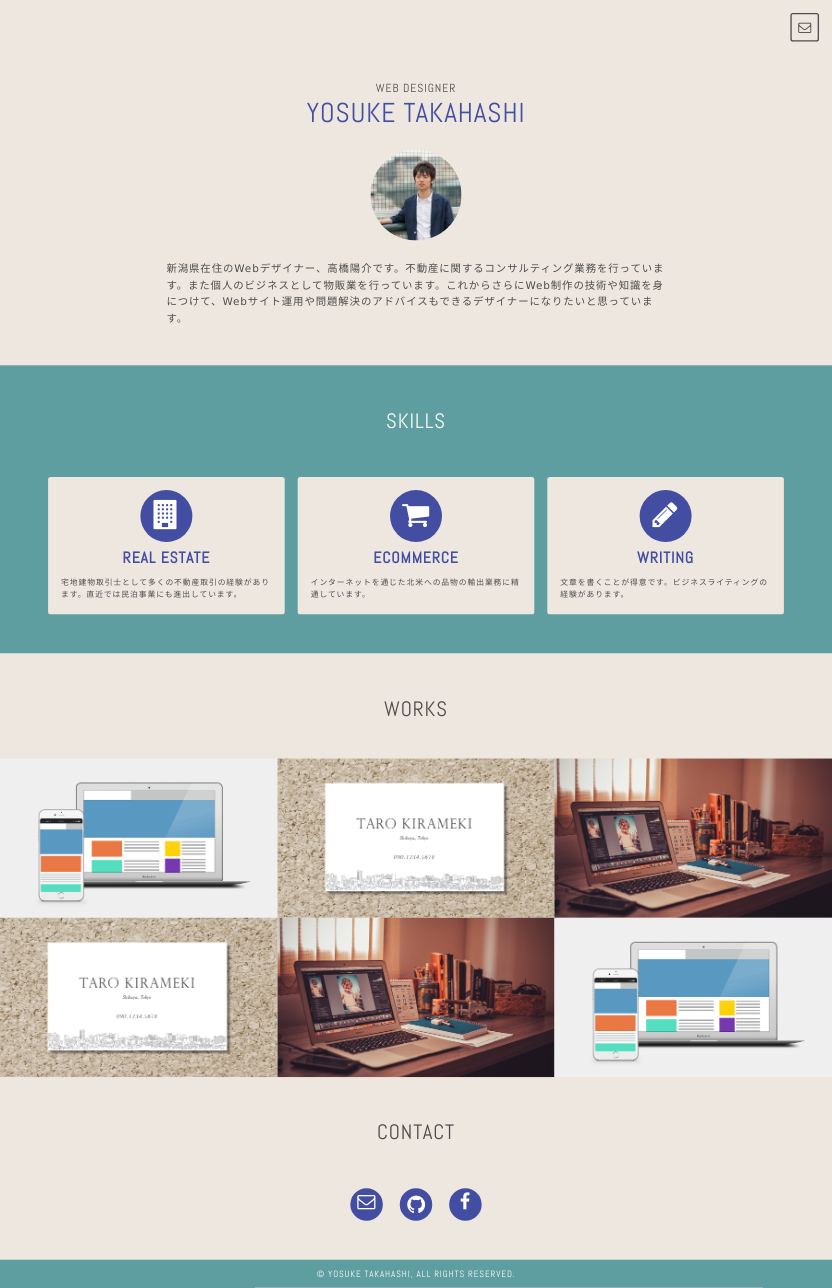
Repository: ysktkhs/responsive-site
Page: environment/portfolio/index.html
The author's editor kept a record of every edit. The page is drawn from the files as they stood at one moment, then again after the next edit.
The browser window is 1280 px wide. The pictures show the whole page, at 65% of full size.
Some web libraries are served in a nearby version.

Above is the page before.

### environment/portfolio/index.html
<!DOCTYPE html>
<html lang="ja">

<head>
    <meta charset="utf-8">
    <title>Web Designer - Yosuke Takahashi</title>
    <meta name="description" content="Webデザイナー 高橋陽介のポートフォリオサイトです。東京を中心に活動しています。">
    <meta name="keywords" content="Web, デザイン, デザイナー, ポートフォリオ, Web制作">
    <link rel="stylesheet" href="https://cdnjs.cloudflare.com/ajax/libs/meyer-reset/2.0/reset.css">
    <link rel="stylesheet" href="./css/style.css">
    <link rel="stylesheet" href="https://maxcdn.bootstrapcdn.com/font-awesome/4.7.0/css/font-awesome.min.css">
</head>

<body>
    <header>
        <a href="#contact" class="button-contact"><i class="fa fa-envelope-o" aria-label="お問い合わせ"></i></a>
        <div class="profile">
            <h1 class="site-title abel uppercase text-center">Web Designer <span>Yosuke Takahashi</span></h1>
            <img src="./images/img_profile.jpg" alt="プロフィール写真" width="140" height="140" class="block-center profile-icon">

            <p>新潟県在住のWebデザイナー、高橋陽介です。不動産に関するコンサルティング業務を行っています。また個人のビジネスとして物販業を行っています。これからさらにWeb制作の技術や知識を身につけて、Webサイト運用や問題解決のアドバイスもできるデザイナーになりたいと思っています。</p>
        </div>
    </header>
    <main>
        <section id="skills">
            <h2 class="text-center">Skills</h2>
            <div class="container">
                <div class="skill-box">
                    <i aria-hidden="true" class="skill-icon fa fa-building"></i>
                    <h3 class="text-center">Real Estate</h3>
                    <p>宅地建物取引士として多くの不動産取引の経験があります。直近では民泊事業にも進出しています。</p>
                </div>
                <div class="skill-box">
                    <i aria-hidden="true" class="skill-icon fa fa-shopping-cart"></i>
                    <h3 class="text-center">Ecommerce</h3>
                    <p>インターネットを通じた北米への品物の輸出業務に精通しています。</p>
                </div>
                <div class="skill-box">
                    <i aria-hidden="true" class="skill-icon fa fa-pencil"></i>
                    <h3 class="text-center">Writing</h3>
                    <p>文章を書くことが得意です。ビジネスライティングの経験があります。</p>
                </div>

            </div>
        </section>
        <section id="works">
            <h2 class="text-center">Works</h2>
            <div class="works-box">
                <a href="#">
                <img src="./images/img_work_site.png" alt="株式会社きらめき コーポレートサイト様 Webサイトデザイン">
                <div class="works-box-inner">
                    <div class="text-center">
                        <h3>株式会社きらめき コーポレートサイト</h3>
                        <small>2016.04.20</small>
                        <span class="button-readmore">Read More</span>
                    </div>
                </div>
            </a>
            </div>
            <div class="works-box">
                <a href="#">
                <img src="./images/img_work_card.jpg" alt="きらめき太郎様 名刺デザイン">
                <div class="works-box-inner">
                    <div class="text-center">
                        <h3>きらめき太郎様 名刺</h3>
                        <small>2016.04.20</small>
                        <span class="button-readmore">Read More</span>
                    </div>
                </div>
            </a>
            </div>
            <div class="works-box">
                <a href="#">
                <img src="./images/img_work_blog.jpg" alt="WordPressオリジナルテーマ">
                <div class="works-box-inner">
                    <div class="text-center">
                        <h3>ブログデザイン</h3>
                        <small>2016.04.20</small>
                        <span class="button-readmore">Read More</span>
                    </div>
                </div>
            </a>
            </div>
            <div class="works-box">
                <a href="#">
                <img src="./images/img_work_card.jpg" alt="きらめき太郎様 名刺デザイン">
                <div class="works-box-inner">
                    <div class="text-center">
                        <h3>きらめき太郎様 名刺</h3>
                        <small>2016.04.20</small>
                        <span class="button-readmore">Read More</span>
                    </div>
                </div>
            </a>
            </div>
            <div class="works-box">
                <a href="#">
                <img src="./images/img_work_blog.jpg" alt="WordPressオリジナルテーマ">
                <div class="works-box-inner">
                    <div class="text-center">
                        <h3>ブログデザイン</h3>
                        <small>2016.04.20</small>
                        <span class="button-readmore">Read More</span>
                    </div>
                </div>
            </a>
            </div>
            <div class="works-box">
                <a href="#">
                <img src="./images/img_work_site.png" alt="株式会社きらめき コーポレートサイト様 Webサイトデザイン">
                <div class="works-box-inner">
                    <div class="text-center">
                        <h3>株式会社きらめき コーポレートサイト</h3>
                        <small>2016.04.20</small>
                        <span class="button-readmore">Read More</span>
                    </div>
                </div>
            </a>
            </div>

        </section>
        <section id="contact">
            <h2 class="text-center">Contact</h2>
            <ul>
          <li><a href="ysktkhs.com@gmail.com"><i aria-label="メール" class="fa fa-envelope-o"></i></a></li>
          <li class="github"><a href="https://github.com/ysktkhs"><i aria-label="GitHub" class="fa fa-github"></i></a></li>
          <li class="facebook"><a href="https://www.facebook.com/yosuke.takahashi.3597"><i aria-label="facebook" class="fa fa-facebook"></i></a></li>
        </ul>
        </section>
    </main>
    <footer>
         <small class="text-center abel uppercase">&copy; Yosuke Takahashi, All Rights Reserved.</small>
    </footer>
</body>

</html>

### environment/portfolio/css/style.css
/* 文字コードの指定
------------------------------------------------------------*/
@charset "UTF-8";

/* Google Fonts用のCSSを読み込み
------------------------------------------------------------*/
@import 'https://fonts.googleapis.com/css?family=Abel';
body {
    font-family: 'Abel', sans-serif;
}
html
{
    font-size: 62.5%; /* ベースとなるフォントサイズの定義 */
}

body
{
    font-family: '游ゴシック', YuGothic, 'メイリオ', Verdana, 'Hiragino Kaku Gothic ProN', Meiryo, sans-serif; /* フォントの種類 */
    font-size: 1.4rem; /* フォントサイズ */
    line-height: 1.6; /* 行間 */

    letter-spacing: .1em;　/* 文字間隔 */

    color: #4c4c4c; /* 文字色 */
    background-color: #eee7e0; /* 背景色 */
}
html /* root */
{
    font-size: 62.5%; /* =10px =100% */
}

body {
 /* すべて14px
------------------------------------------------------------*/
    font-size: 14px;
    font-size: 140%;
    font-size: 1.4em;
    font-size: 1.4rem;
}

h1 {
    font-size: 20px; /* そのまま20px */
    font-size: 200%; /* 親要素bodyの14pxを基準に200% =28px */
    font-size: 2em; /* 親要素bodyの14pxを基準に2倍 =28px */
    font-size: 2rem; /* rootの10pxを基準に2倍 =20px */
}

div {
    font-size: 12px; /* そのまま12px */
    font-size: 120%; /* 親要素bodyの14pxを基準に120% =16.8px(約17px) */
    font-size: 1.2em; /* 親要素bodyの14pxを基準に1.2倍 =16.8px(約17px) */
    font-size: 1.2rem; /* rootの10pxを基準に1.2倍 =12px */
}
div p {
    font-size: 12px; /* そのまま12px */
    font-size: 120%; /* 親要素divの17pxを基準に120% =20.4px(約20px) */
    font-size: 1.2em; /* 親要素divの17pxを基準に1.2倍 =20.4px(約20px) */
    font-size: 1.2rem; /* rootの10pxを基準に1.2倍 =12px */
}
body {
    color: #4c4c4c; /* 文字色 */
    background-color: #eee7e0; /* 背景色 */
}
.button-contact
{
    font-size: 20px; /* フォントサイズ */
    line-height: 0; /* 行の高さ */

    display: block; /* ブロック要素のように扱う */
    float: right; /* 要素を右寄せ */

    width: 20px; /* 幅 */
    height: 20px; /* 高さ */
    margin: 20px 20px 0 0; /* 要素の外側の余白 */
    padding: 10px; /* 要素の内側の余白 */

    text-align: center; /* テキストの中央寄せ */

    color: #4c4c4c; /* 文字色 */
    border: 2px solid #4c4c4c; /* ボーダー */
    -webkit-border-radius: 4px; /* 角丸 */
       -moz-border-radius: 4px;
            border-radius: 4px;
}
.uppercase,
section h2,
#skills h3,
#works .works-box a .works-box-inner .button-readmore
{
    text-transform: uppercase;
}
.text-center {
    text-align: center;
}
.abel {
    font-family: 'Abel', sans-serif; /* Google Fontsの指定 */
}


header .profile
{
    clear: both; /* 上のメールボタンのfloatを解除 */

    width: 60%;
    margin: 0 auto; /* ボックスを中央寄せ */
    padding: 60px 0;
}
header .site-title
{
    font-size: 1.8rem;
    line-height: normal;
}
header .site-title span
{
    font-size: 4.2rem;

    display: block;

    color: #434da2;
}
.block-center {
    display: block;
    margin-left: auto;
    margin-right: auto;
}


header .profile-icon
{
    margin: 30px auto;

    -webkit-border-radius: 50%;
       -moz-border-radius: 50%;
            border-radius: 50%;
}
header p
{
    font-size: 1.6rem;
}
section
{
    padding: 60px 0; /* section要素の余白を上下60pxで揃える */
}
section .container
{
    width: 90%; /* sectionの中のインナーボックスをウィンドウ幅に対して90%に */
}
section h2
{
    font-size: 3.2rem;/* section要素見出しを32pxで揃える */
}
.block-center,
section .container
{
    display: block;

    margin-right: auto;
    margin-left: auto;
}

.abel,
section h2
{
    font-family: 'Abel', sans-serif;
}

.uppercase,
section h2
{
    text-transform: uppercase;
}
#skills
{
    background-color: #5f9ea0;
}
#skills .container
{
    display: -webkit-flex;
    display:         flex;

    justify-content: space-between;
}
#skills h2
{
    margin-bottom: 60px;
    color: #fdfcf6;
}
#skills .skill-box
{
    -webkit-box-sizing: border-box;
       -moz-box-sizing: border-box;
            box-sizing: border-box;
    -webkit-flex: 1;
            flex: 1;
    margin: 0px 10px;
    padding: 20px;

    -webkit-border-radius: 4px;
       -moz-border-radius: 4px;
            border-radius: 4px;
    background-color: #eee7e0;
}
#skills i
{
    font-size: 4.5rem;

    -webkit-box-sizing: border-box;
       -moz-box-sizing: border-box;
            box-sizing: border-box;
    width: 80px;
    height: 80px;
    margin-bottom: 5px;
    padding-top: 15px;

    text-align: center;

    color: #fff;
    -webkit-border-radius: 50%;
       -moz-border-radius: 50%;
            border-radius: 50%;
    background-color: #434da2;
}
#skills h3
{
    font-size: 2.4rem;
    font-weight: bold;

    margin-bottom: 10px;

    color: #434da2;
}
.block-center,
section .container,
#skills i
{
    display: block;

    margin-right: auto;
    margin-left: auto;
}
#works
{
    padding-bottom: 0;
}

#works h2
{
    margin-bottom: 50px;
}

#works .works-box
{
    float: left;

    width: 33.33333%;
    height: 100%;
}

#works::after
{
    display: block;
    clear: both;

    content: '';
}
#works .works-box a
{
    position: relative;

    display: block;
}
#works .works-box a .works-box-inner
{
    position: absolute;
    top: 0;
    left: 0;

    display: none;

    height: 100%;

    color: #fff;
    background-color: rgba(0, 0, 0, .7);
}
#works .works-box a .works-box-inner div
{
    position: absolute;
    top: 0;
    right: 0;
    bottom: 0;
    left: 0;

    height: 40%;
    margin: auto;
    padding: 10px 20px;
}
#works .works-box a .works-box-inner h3
{
    font-size: 1.6rem;
    font-weight: bold;

    margin: 0 0 5px;
}
#works .works-box a .works-box-inner small
{
    font-size: 1rem;

    display: block;

    margin-bottom: 15px;
}
#works .works-box a .works-box-inner .button-readmore
{
    font-size: 1rem;
    font-weight: bold;

    display: block;

    width: 180px;
    margin: auto;
    padding: 5px 0;

    text-align: center;

    color: #fff;
    -webkit-border-radius: 4px;
       -moz-border-radius: 4px;
            border-radius: 4px;
    background-color: #434da2;
}
#works .works-box img
{
    display: block;

    max-width: 100%;
}
.abel,
section h2,
#skills h3,
#works .works-box a .works-box-inner .button-readmore
{
    font-family: 'Abel', sans-serif;
}

.uppercase,
section h2,
#skills h3,
#works .works-box a .works-box-inner .button-readmore
{
    text-transform: uppercase;
}
#works .works-box a:hover .works-box-inner
{
    display: block;

    width: 100%;
}

#works .works-box a .works-box-inner .button-readmore:hover
{
    background-color: #0f949b;
}
#contact ul
{
    margin-top: 60px;

    text-align: center;
}
#contact ul li
{
    font-size: 2.8rem;

    display: inline-block;

    -webkit-box-sizing: border-box;
       -moz-box-sizing: border-box;
            box-sizing: border-box;
    margin-right: 20px;

    text-align: center;
    vertical-align: top;
}
#contact ul li:last-child
{
    margin-right: 0;
}
#contact ul .github,
#contact ul .skype
{
    font-size: 3.2rem;
}
#contact ul .github i
{
    margin-left: 2px;
}
#contact ul a
{
    display: block;

    width: 50px;
    height: 50px;

    color: #fff;
    -webkit-border-radius: 50%;
       -moz-border-radius: 50%;
            border-radius: 50%;
    background-color: #434da2;
}
#contact ul a:hover
{
    background-color: #434da2;
}
footer
{
    padding: 10px 0;

    text-align: center;

    color: #fff;
    background-color: #5f9ea0;
}

After the next edit:
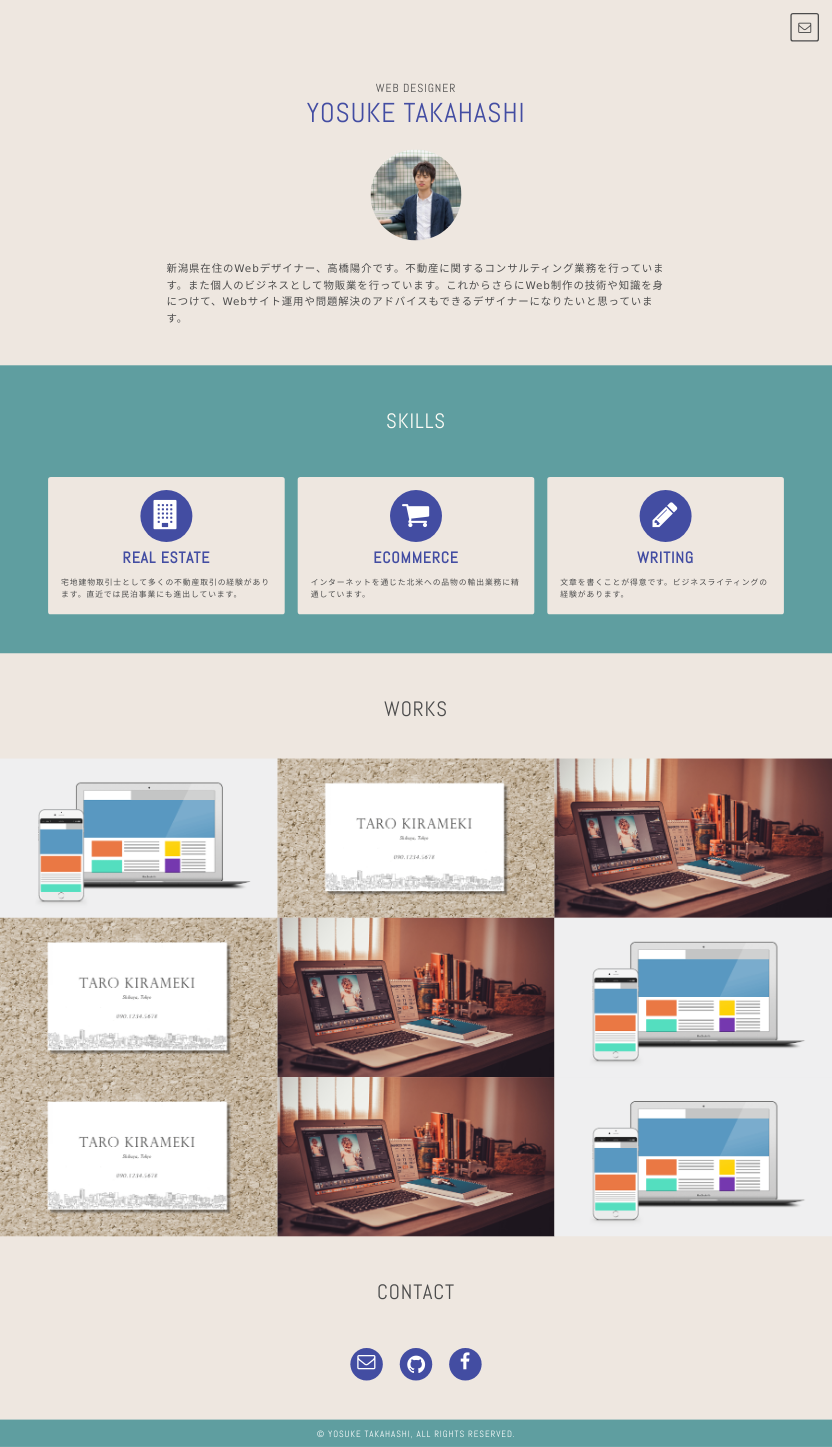
The edit:
--- a/environment/portfolio/index.html
+++ b/environment/portfolio/index.html
@@ -118,18 +118,61 @@
             </a>
             </div>
 
+
+
+
+            <div class="works-box">
+                <a href="#">
+                <img src="./images/img_work_card.jpg" alt="きらめき太郎様 名刺デザイン">
+                <div class="works-box-inner">
+                    <div class="text-center">
+                        <h3>きらめき太郎様 名刺</h3>
+                        <small>2016.04.20</small>
+                        <span class="button-readmore">Read More</span>
+                    </div>
+                </div>
+            </a>
+            </div>
+            <div class="works-box">
+                <a href="#">
+                <img src="./images/img_work_blog.jpg" alt="WordPressオリジナルテーマ">
+                <div class="works-box-inner">
+                    <div class="text-center">
+                        <h3>ブログデザイン</h3>
+                        <small>2016.04.20</small>
+                        <span class="button-readmore">Read More</span>
+                    </div>
+                </div>
+            </a>
+            </div>
+            <div class="works-box">
+                <a href="#">
+                <img src="./images/img_work_site.png" alt="株式会社きらめき コーポレートサイト様 Webサイトデザイン">
+                <div class="works-box-inner">
+                    <div class="text-center">
+                        <h3>株式会社きらめき コーポレートサイト</h3>
+                        <small>2016.04.20</small>
+                        <span class="button-readmore">Read More</span>
+                    </div>
+                </div>
+            </a>
+            </div>
+
+
+
+
         </section>
         <section id="contact">
             <h2 class="text-center">Contact</h2>
             <ul>
-          <li><a href="ysktkhs.com@gmail.com"><i aria-label="メール" class="fa fa-envelope-o"></i></a></li>
-          <li class="github"><a href="https://github.com/ysktkhs"><i aria-label="GitHub" class="fa fa-github"></i></a></li>
-          <li class="facebook"><a href="https://www.facebook.com/yosuke.takahashi.3597"><i aria-label="facebook" class="fa fa-facebook"></i></a></li>
-        </ul>
+                <li><a href="ysktkhs.com@gmail.com"><i aria-label="メール" class="fa fa-envelope-o"></i></a></li>
+                <li class="github"><a href="https://github.com/ysktkhs"><i aria-label="GitHub" class="fa fa-github"></i></a></li>
+                <li class="facebook"><a href="https://www.facebook.com/yosuke.takahashi.3597"><i aria-label="facebook" class="fa fa-facebook"></i></a></li>
+            </ul>
         </section>
     </main>
     <footer>
-         <small class="text-center abel uppercase">&copy; Yosuke Takahashi, All Rights Reserved.</small>
+        <small class="text-center abel uppercase">&copy; Yosuke Takahashi, All Rights Reserved.</small>
     </footer>
 </body>
 
